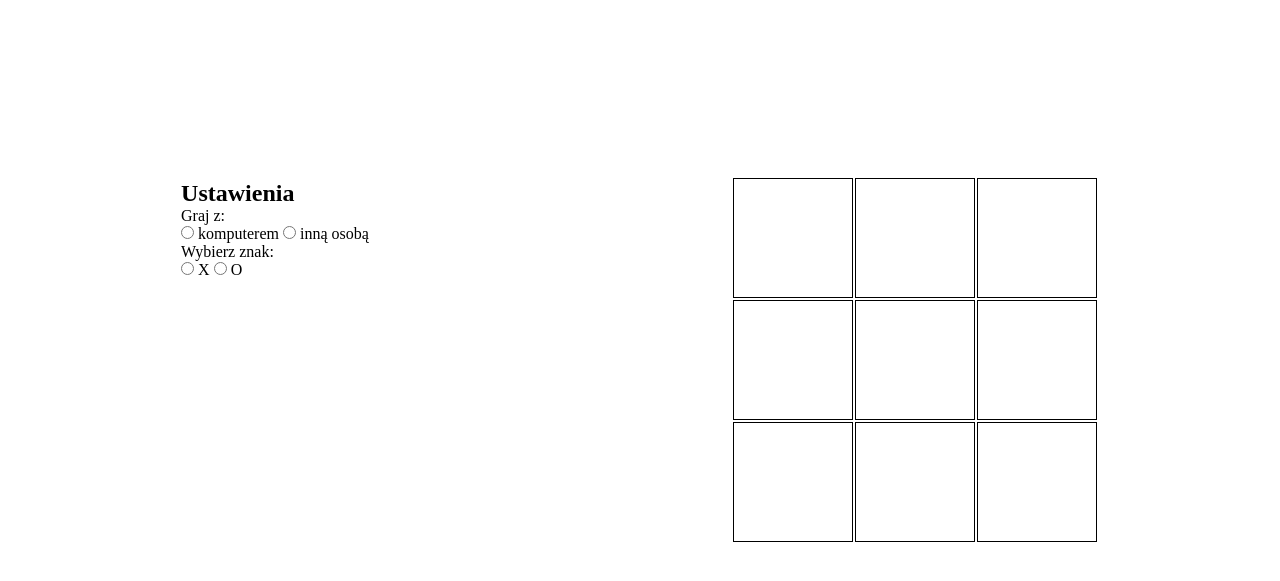
Repository: SebastianArmata22/Tic-Tac-Toe
Page: index.html
These files come from the project's save history. The page is drawn as it stood at one moment and after the next save; the edit follows.
The browser window is 1280 px wide. The pictures show the whole page.

Above is the page before, as saved 2020-11-03 14:26:02.

After the next save:
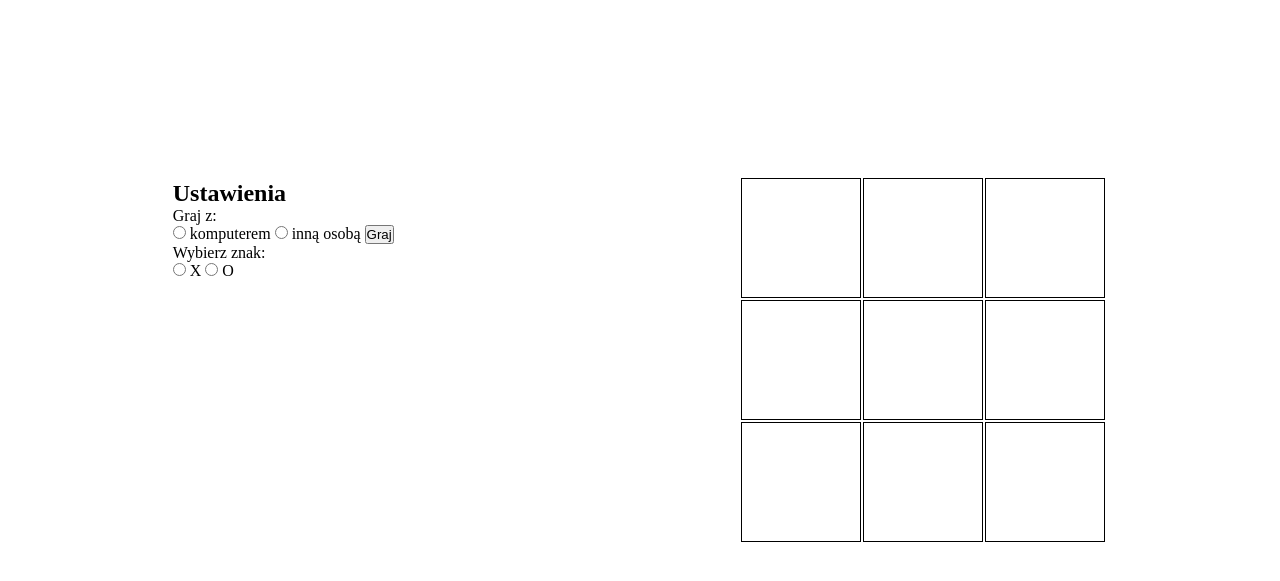
Saved 34 s later.
--- a/index.html
+++ b/index.html
@@ -17,6 +17,7 @@
                     <p>Graj z:</p>
                     <label><input type="radio" name="player"> komputerem</label>
                     <label><input type="radio" name="player"> inną osobą</label>
+                    <button >Graj</button>
 
                 </div>
                 <div class="choice">
